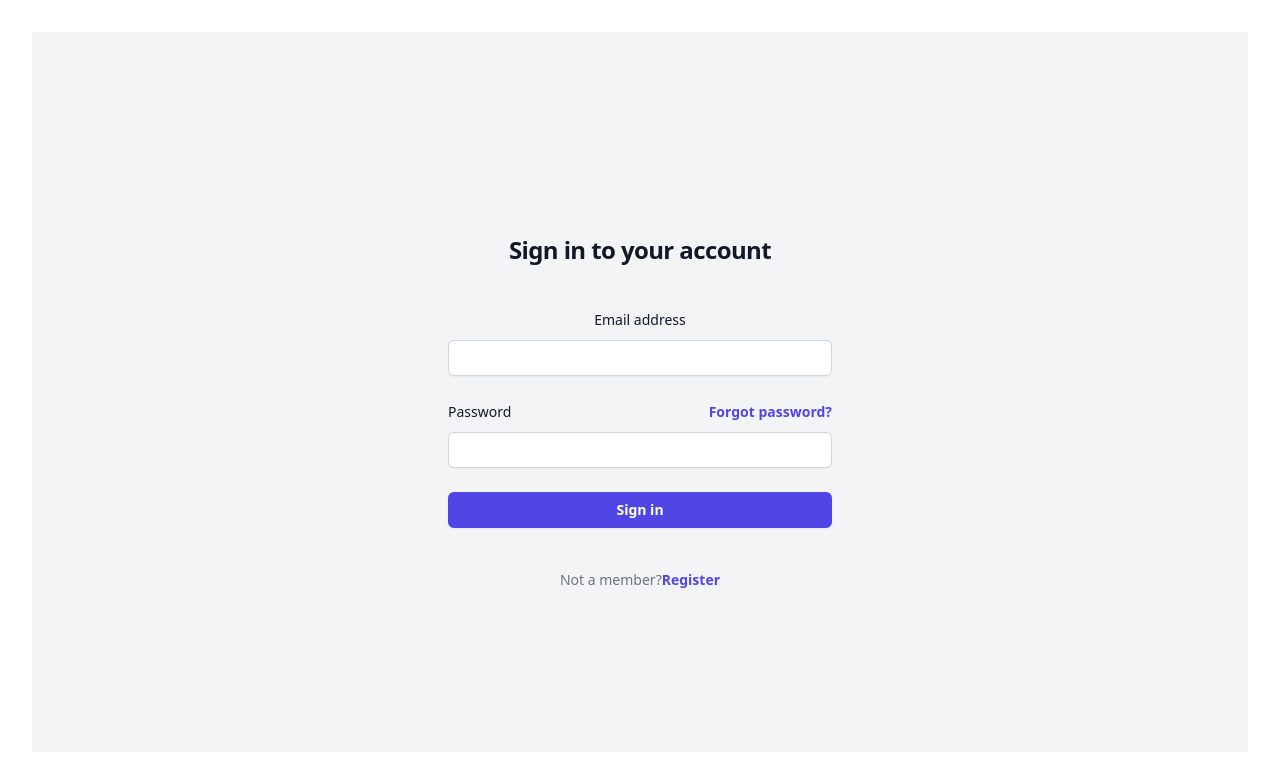
Repository: Wafaabahgat/Formik_React
Page: /
These files come from the project's save history. The page is drawn as it stood at one moment and after a run of saves; the edit follows.
The browser window is 1280 px wide. The pictures show the whole page.
The project was rebuilt for these pictures with package versions that can differ from the ones it lists, and the page was loaded fresh each time. Also part of the build but not shown: vite.config.ts.

Above is the page before, as saved 2024-02-13 20:54:15.

### src/App.tsx
// App.tsx
import React from "react";
import RegistrationForm from "./components/RegistrationForm";
import "./App.css";

const App: React.FC = () => {
  return (
    <div className="min-h-screen flex items-center justify-center bg-gray-100">
      <RegistrationForm />
    </div>
  );
};

export default App;

### src/components/RegistrationForm.jsx
// RegistrationForm.js
import React from "react";
// import { useFormik } from "formik";
// import * as Yup from "yup";

const RegistrationForm = () => {
  // const formik = useFormik({
  // initialValues: {
  // username: "",
  // password: "",
  // email: "",
  // },
  // validationSchema: Yup.object({
  // username: Yup.string()
  // .min(8, "Username must be at least 8 characters")
  // .max(20, "Username must be at most 20 characters")
  // .required("Username is required"),
  // password: Yup.string()
  // .min(8, "Password must be at least 8 characters")
  // .max(20, "Password must be at most 20 characters")
  // .matches(
  // /^(?=.*\d)(?=.*[a-z])(?=.*[A-Z])(?=.*[@#$%]).*$/,
  // "Password must meet the criteria"
  // )
  // .required("Password is required"),
  // email: Yup.string()
  // .email("Invalid email address")
  // .required("Email is required"),
  // }),
  // onSubmit: (values) => {
  // Handle form submission
  // console.log(values);
  // },
  // });

  return (
    <div className="flex min-h-full flex-1 flex-col justify-center px-6 py-12 lg:px-8">
      <div className="sm:mx-auto sm:w-full sm:max-w-sm">
        <h2 className="mt-10 text-center text-2xl font-bold leading-9 tracking-tight text-gray-900">
          Sign in to your account
        </h2>
      </div>

      <div className="mt-10 sm:mx-auto sm:w-full sm:max-w-sm">
        <form className="space-y-6" action="#" method="POST">
          <div>
            <label
              htmlFor="email"
              className="block text-sm font-medium leading-6 text-gray-900"
            >
              Email address
            </label>
            <div className="mt-2">
              <input
                id="email"
                name="email"
                type="email"
                autoComplete="email"
                required
                className="block w-full rounded-md border-0 py-1.5 text-gray-900 shadow-sm ring-1 ring-inset ring-gray-300 placeholder:text-gray-400 focus:ring-2 focus:ring-inset focus:ring-indigo-600 sm:text-sm sm:leading-6"
              />
            </div>
          </div>

          <div>
            <div className="flex items-center justify-between">
              <label
                htmlFor="password"
                className="block text-sm font-medium leading-6 text-gray-900"
              >
                Password
              </label>
              <div className="text-sm">
                <a
                  href="#"
                  className="font-semibold text-indigo-600 hover:text-indigo-500"
                >
                  Forgot password?
                </a>
              </div>
            </div>
            <div className="mt-2">
              <input
                id="password"
                name="password"
                type="password"
                autoComplete="current-password"
                required
                className="block w-full rounded-md border-0 py-1.5 text-gray-900 shadow-sm ring-1 ring-inset ring-gray-300 placeholder:text-gray-400 focus:ring-2 focus:ring-inset focus:ring-indigo-600 sm:text-sm sm:leading-6"
              />
            </div>
          </div>

          <div>
            <button
              type="submit"
              className="flex w-full justify-center rounded-md bg-indigo-600 px-3 py-1.5 text-sm font-semibold leading-6 text-white shadow-sm hover:bg-indigo-500 focus-visible:outline focus-visible:outline-2 focus-visible:outline-offset-2 focus-visible:outline-indigo-600"
            >
              Sign in
            </button>
          </div>
        </form>

        <p className="mt-10 text-center text-sm text-gray-500">
          Not a member?
          <a
            href="#"
            className="font-semibold leading-6 text-indigo-600 hover:text-indigo-500"
          >
            Register
          </a>
        </p>
      </div>
    </div>
  );
};

export default RegistrationForm;

Loaded but not shown: index.html (common file); src/main.tsx (common file); src/App.css (common file); tailwind.config.js (common file)

After the next 4 saves:
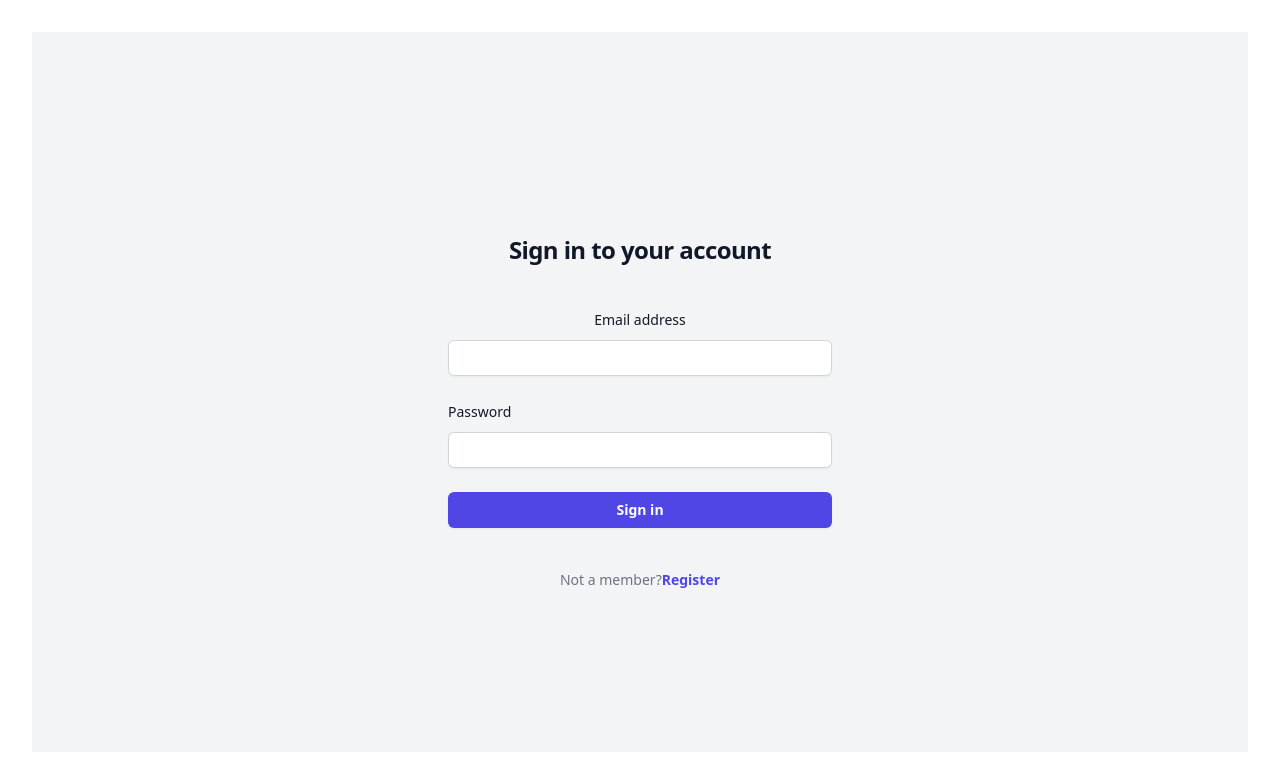
The 4 saves are shown as one change because they came seconds apart.
The last was saved 56 s later.
--- a/src/components/RegistrationForm.jsx
+++ b/src/components/RegistrationForm.jsx
@@ -70,14 +70,6 @@ const RegistrationForm = () => {
               >
                 Password
               </label>
-              <div className="text-sm">
-                <a
-                  href="#"
-                  className="font-semibold text-indigo-600 hover:text-indigo-500"
-                >
-                  Forgot password?
-                </a>
-              </div>
             </div>
             <div className="mt-2">
               <input
